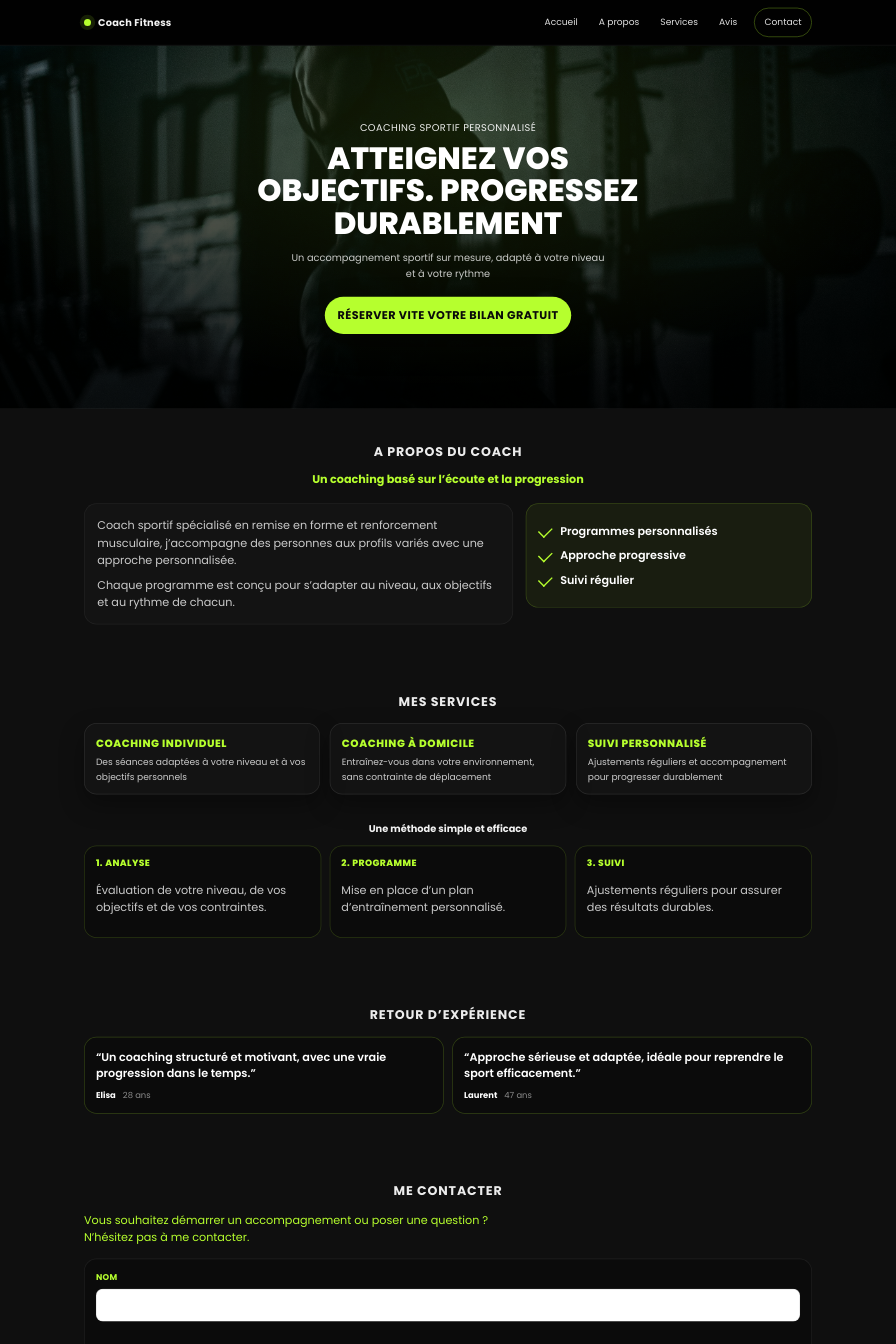
Repository: ThomasHdrd/CoachFitness
Page: index.html
An editor plug-in stored every save of this project. The page is shown before and after the next save, followed by the edit.
The browser window is 1280 px wide. The pictures show the part of the page from y = 0 to 1920 px (the page is 2987 px tall), at 70% of full size.

Above is the page before, as saved 2026-01-20 21:51:20.

### index.html
<!doctype html>
<html lang="fr">
<head>
  <meta charset="utf-8" />
  <meta name="viewport" content="width=device-width, initial-scale=1" />
  <title>Coach Fitness — Landing Page</title>

  <!-- Poppins -->
  <link rel="preconnect" href="https://fonts.googleapis.com">
  <link rel="preconnect" href="https://fonts.gstatic.com" crossorigin>
  <link href="https://fonts.googleapis.com/css2?family=Poppins:wght@300;400;500;600;700;800&display=swap" rel="stylesheet">

  <link rel="stylesheet" href="styles.css" />
</head>
<body>
  <!-- Header -->
  <header class="site-header" id="top">
    <div class="container header-inner">
      <a class="brand" href="#top" aria-label="Retour en haut">
        <span class="brand-dot" aria-hidden="true"></span>
        <span class="brand-text">Coach Fitness</span>
      </a>

      <button class="nav-toggle" aria-controls="site-nav" aria-expanded="false">
        <span class="sr-only">Ouvrir le menu</span>
        <span class="burger" aria-hidden="true"></span>
      </button>

      <nav class="site-nav" id="site-nav" aria-label="Navigation principale">
        <a class="nav-link" href="#accueil">Accueil</a>
        <a class="nav-link" href="#apropos">A propos</a>
        <a class="nav-link" href="#services">Services</a>
        <a class="nav-link" href="#avis">Avis</a>
        <a class="nav-link nav-cta" href="#contact">Contact</a>
      </nav>
    </div>
  </header>

  <main>
    <!-- HERO -->
    <section class="hero" id="accueil">
      <div class="hero-overlay" aria-hidden="true"></div>
      <div class="container hero-content">
        <p class="hero-kicker">Coaching sportif personnalisé</p>
        <h1 class="hero-title" class="accent">Atteignez vos objectifs. Progressez durablement</h1>
        <p class="hero-subtitle">
          Un accompagnement sportif sur mesure, adapté à votre niveau et à votre rythme
        </p>
        <a class="btn btn-primary" href="#contact">RÉSERVER VITE VOTRE BILAN GRATUIT</a>
      </div>
    </section>

    <!-- A PROPOS -->
    <section class="section" id="apropos">
      <div class="container">
        <h2 class="section-title">A PROPOS DU COACH</h2>
        <h3 class="section-lead accent">Un coaching basé sur l’écoute et la progression</h3>

        <div class="about-grid">
          <div class="about-text">
            <p class="muted">
              Coach sportif spécialisé en remise en forme et renforcement musculaire, j’accompagne des personnes aux profils variés
              avec une approche personnalisée.
            </p>
            <p class="muted">
              Chaque programme est conçu pour s’adapter au niveau, aux objectifs et au rythme de chacun.
            </p>
          </div>

          <ul class="checks">
            <li>Programmes personnalisés</li>
            <li>Approche progressive</li>
            <li>Suivi régulier</li>
          </ul>
        </div>
      </div>
    </section>

    <!-- SERVICES -->
    <section class="section" id="services">
      <div class="container">
        <h2 class="section-title">MES SERVICES</h2>

        <div class="cards">
          <article class="card">
            <h3 class="card-title accent">COACHING INDIVIDUEL</h3>
            <p class="card-text">Des séances adaptées à votre niveau et à vos objectifs personnels</p>
          </article>

          <article class="card">
            <h3 class="card-title accent">COACHING À DOMICILE</h3>
            <p class="card-text">Entraînez-vous dans votre environnement, sans contrainte de déplacement</p>
          </article>

          <article class="card">
            <h3 class="card-title accent">SUIVI PERSONNALISÉ</h3>
            <p class="card-text">Ajustements réguliers et accompagnement pour progresser durablement</p>
          </article>
        </div>

        <div class="method">
          <h3 class="method-title">Une méthode simple et efficace</h3>

          <div class="method-steps">
            <div class="step">
              <div class="step-num accent">1. ANALYSE</div>
              <p class="muted">Évaluation de votre niveau, de vos objectifs et de vos contraintes.</p>
            </div>
            <div class="step">
              <div class="step-num accent">2. PROGRAMME</div>
              <p class="muted">Mise en place d’un plan d’entraînement personnalisé.</p>
            </div>
            <div class="step">
              <div class="step-num accent">3. SUIVI</div>
              <p class="muted">Ajustements réguliers pour assurer des résultats durables.</p>
            </div>
          </div>
        </div>
      </div>
    </section>

    <!-- AVIS -->
    <section class="section" id="avis">
      <div class="container">
        <h2 class="section-title">RETOUR D’EXPÉRIENCE</h2>

        <div class="testimonials">
          <figure class="testimonial">
            <blockquote>
              “Un coaching structuré et motivant, avec une vraie progression dans le temps.”
            </blockquote>
            <figcaption>
              <span class="name">Elisa</span>
              <span class="meta">28 ans</span>
            </figcaption>
          </figure>

          <figure class="testimonial">
            <blockquote>
              “Approche sérieuse et adaptée, idéale pour reprendre le sport efficacement.”
            </blockquote>
            <figcaption>
              <span class="name">Laurent</span>
              <span class="meta">47 ans</span>
            </figcaption>
          </figure>
        </div>
      </div>
    </section>

    <!-- CONTACT -->
    <section class="section" id="contact">
      <div class="container">
        <h2 class="section-title">ME CONTACTER</h2>
        <p class="contact-lead accent">
          Vous souhaitez démarrer un accompagnement ou poser une question ?<br />
          N’hésitez pas à me contacter.
        </p>

        <form class="form" id="contactForm" novalidate>
          <div class="field">
            <label for="nom">Nom</label>
            <input id="nom" name="nom" type="text" autocomplete="family-name" required />
            <small class="error" data-error-for="nom"></small>
          </div>

          <div class="field">
            <label for="prenom">Prénom</label>
            <input id="prenom" name="prenom" type="text" autocomplete="given-name" required />
            <small class="error" data-error-for="prenom"></small>
          </div>

          <div class="field">
            <label for="email">Email</label>
            <input id="email" name="email" type="email" autocomplete="email" required />
            <small class="error" data-error-for="email"></small>
          </div>

          <div class="field">
            <label for="message">Message</label>
            <textarea id="message" name="message" rows="5" required></textarea>
            <small class="error" data-error-for="message"></small>
          </div>

          <button class="btn btn-primary btn-wide" type="submit">ENVOYER</button>
          <p class="form-note muted" id="formStatus" role="status" aria-live="polite"></p>
        </form>
      </div>
    </section>

    <!-- FAQ -->
    <section class="section" id="faq">
      <div class="container">
        <h2 class="section-title">QUESTIONS FRÉQUENTES</h2>

        <div class="faq">
          <details class="faq-item" open>
            <summary>À qui s’adresse le coaching ?</summary>
            <div class="faq-body muted">
              Le coaching s’adresse à toute personne souhaitant reprendre le sport, améliorer sa condition physique ou atteindre un objectif précis
              (remise en forme, renforcement musculaire, perte de poids, bien-être). Les programmes sont adaptés au niveau, au rythme et aux contraintes de chacun.
            </div>
          </details>

          <details class="faq-item">
            <summary>Faut-il déjà être sportif pour commencer ?</summary>
            <div class="faq-body muted">
              Non. Le coaching s’adapte à votre niveau actuel. La progression est construite étape par étape, avec une intensité ajustée.
            </div>
          </details>

          <details class="faq-item">
            <summary>Comment se déroule le suivi ?</summary>
            <div class="faq-body muted">
              Après une analyse de votre situation, un programme personnalisé est mis en place puis ajusté régulièrement selon vos retours et votre progression.
            </div>
          </details>

          <details class="faq-item">
            <summary>Le coaching se fait-il à domicile ou en salle ?</summary>
            <div class="faq-body muted">
              Les deux sont possibles. Le format dépend de vos préférences, de votre matériel et de vos contraintes de planning.
            </div>
          </details>

          <details class="faq-item">
            <summary>Le premier échange est-il gratuit ?</summary>
            <div class="faq-body muted">
              Oui. Le premier échange permet de comprendre votre besoin et de déterminer l’accompagnement le plus adapté, sans engagement.
            </div>
          </details>
        </div>
      </div>
    </section>
  </main>

  <!-- Footer -->
  <footer class="site-footer">
    <div class="container footer-inner">
      <p class="footer-tag muted">Coaching personnalisé • Progression durable • Bien-être</p>
      <p class="footer-copy muted">© 2026 Coach Sportif Indépendant • Tous droits réservés.</p>
    </div>
  </footer>

  <script src="app.js" defer></script>
</body>
</html>

### styles.css
:root{
  --bg: #0F0F0F;            /* demandé */
  --bar: rgba(0,0,0,.90);   /* header/footer */
  --accent: #B6FF2E;        /* demandé */
  --text: #FFFFFF;
  --muted: rgba(255,255,255,.78);
  --muted2: rgba(255,255,255,.62);
  --line: rgba(182,255,46,.38);
  --card: rgba(255,255,255,.04);
  --shadow: 0 16px 40px rgba(0,0,0,.45);
  --radius: 14px;
  --radius-lg: 18px;
  --max: 1040px;
}

*{ box-sizing: border-box; }
html{ scroll-behavior: smooth; }
body{
  margin:0;
  font-family: "Poppins", system-ui, -apple-system, Segoe UI, Roboto, Arial, sans-serif;
  background: var(--bg);
  color: var(--text);
}

.container{
  width:min(100% - 40px, var(--max));
  margin-inline:auto;
}

.sr-only{
  position:absolute;
  width:1px;height:1px;
  padding:0;margin:-1px;
  overflow:hidden;clip:rect(0,0,0,0);
  white-space:nowrap;border:0;
}

/* Header */
.site-header{
  position: sticky;
  top: 0;
  z-index: 50;
  background: var(--bar);
  backdrop-filter: blur(8px);
  border-bottom: 1px solid rgba(255,255,255,.06);
}

.header-inner{
  height: 64px;
  display:flex;
  align-items:center;
  justify-content:space-between;
  gap: 14px;
}

.brand{
  display:flex;
  align-items:center;
  gap:10px;
  text-decoration:none;
  color: var(--text);
  font-weight: 700;
  letter-spacing:.3px;
}
.brand-dot{
  width:10px;height:10px;
  border-radius:999px;
  background: var(--accent);
  box-shadow: 0 0 0 6px rgba(182,255,46,.12);
}
.brand-text{ font-size: 14px; opacity:.95; }

.site-nav{
  display:flex;
  align-items:center;
  gap: 18px;
}
.nav-link{
  color: var(--text);
  text-decoration:none;
  font-size: 13px;
  opacity: .88;
  transition: opacity .2s ease, color .2s ease;
  padding: 10px 6px;
}
.nav-link:hover{ opacity:1; color: var(--accent); }

.nav-cta{
  border: 1px solid rgba(182,255,46,.45);
  border-radius: 999px;
  padding: 10px 14px;
}
.nav-cta:hover{
  background: rgba(182,255,46,.10);
}

/* Mobile nav */
.nav-toggle{
  display:none;
  border:0;
  background: transparent;
  color: var(--text);
  padding: 10px;
  border-radius: 10px;
}
.nav-toggle:hover{ background: rgba(255,255,255,.06); }
.burger{
  width: 22px; height: 2px;
  display:block;
  background: var(--text);
  position: relative;
}
.burger::before,.burger::after{
  content:"";
  position:absolute;
  left:0;
  width:22px;height:2px;
  background: var(--text);
}
.burger::before{ top:-7px; }
.burger::after{ top:7px; }

/* Hero */
.hero{
  position: relative;
  min-height: 72vh;
  display:flex;
  align-items:center;
  padding: 52px 0;
  background:
    linear-gradient(180deg, rgba(0,0,0,.55), rgba(0,0,0,.88)),
    url("assets/hero.jpg") center/cover no-repeat;
}
.hero-overlay{
  position:absolute;
  inset:0;
  background: radial-gradient(1200px 600px at 50% 25%, rgba(182,255,46,.10), transparent 60%);
  pointer-events:none;
}
.hero-content{
  position:relative;
  text-align:center;
}
.hero-kicker{
  margin:0 0 10px;
  font-size: 14px;
  letter-spacing: .6px;
  text-transform: uppercase;
  opacity: .92;
}
.hero-title{
  margin: 0 auto;
  max-width: 20ch;
  font-size: clamp(28px, 4vw, 44px);
  line-height: 1.06;
  font-weight: 800;
  text-transform: uppercase;
}
.hero-title .accent{
  display:block;
  color: var(--accent);
  font-weight: 800;
  text-transform:none;
  margin-top: 8px;
}
.hero-subtitle{
  margin: 16px auto 22px;
  max-width: 52ch;
  color: var(--muted);
  font-size: 14px;
  line-height: 1.55;
}

/* Buttons */
.btn{
  display:inline-flex;
  align-items:center;
  justify-content:center;
  gap:10px;
  text-decoration:none;
  border: 0;
  cursor:pointer;
  font-weight: 700;
  letter-spacing: .6px;
  text-transform: uppercase;
  border-radius: 999px;
  padding: 14px 18px;
  box-shadow: var(--shadow);
}
.btn-primary{
  background: var(--accent);
  color: #0A0A0A;
}
.btn-primary:hover{ filter: brightness(.95); }
.btn-wide{ width: 100%; margin-top: 10px; }

/* Sections */
.section{
  padding: 48px 0;
}
.section-title{
  text-align:center;
  margin: 0 0 14px;
  font-size: 18px;
  letter-spacing: 1.2px;
  text-transform: uppercase;
  opacity: .92;
}
.section-lead{
  text-align:center;
  margin: 0 0 22px;
  font-size: 16px;
  font-weight: 700;
}
.accent{ color: var(--accent); }
.muted{ color: var(--muted); }
.muted2{ color: var(--muted2); }

/* About */
.about-grid{
  display:grid;
  gap: 18px;
  align-items:start;
}
.about-text{
  background: rgba(255,255,255,.02);
  border: 1px solid rgba(255,255,255,.06);
  border-radius: var(--radius-lg);
  padding: 18px;
}
.about-text p{ margin: 0 0 10px; }
.about-text p:last-child{ margin-bottom: 0; }

.checks{
  list-style:none;
  margin:0;
  padding: 16px 18px;
  border-radius: var(--radius-lg);
  border: 1px solid rgba(182,255,46,.20);
  background: rgba(182,255,46,.06);
}
.checks li{
  position: relative;
  padding-left: 30px;
  margin: 10px 0;
  font-weight: 600;
}
.checks li::before{
  content:"";
  position:absolute;
  left:0; top: 6px;
  width: 16px; height: 10px;
  border-left: 2px solid var(--accent);
  border-bottom: 2px solid var(--accent);
  transform: rotate(-45deg);
}

/* Cards */
.cards{
  display:grid;
  gap: 14px;
  margin-top: 18px;
}
.card{
  background: rgba(255,255,255,.02);
  border: 1px solid rgba(255,255,255,.10);
  border-radius: var(--radius-lg);
  padding: 16px 16px 14px;
  box-shadow: 0 14px 34px rgba(0,0,0,.35);
}
.card-title{
  margin:0 0 6px;
  font-size: 15px;
  font-weight: 800;
  text-transform: uppercase;
  letter-spacing: .8px;
}
.card-text{
  margin:0;
  color: var(--muted);
  font-size: 13px;
  line-height: 1.55;
}

/* Method */
.method{
  margin-top: 26px;
  padding-top: 12px;
}
.method-title{
  text-align:center;
  margin: 0 0 14px;
  font-size: 14px;
  font-weight: 700;
  opacity: .95;
}
.method-steps{
  display:grid;
  gap: 12px;
}
.step{
  border: 1px solid rgba(182,255,46,.18);
  background: rgba(0,0,0,.25);
  border-radius: var(--radius-lg);
  padding: 14px 16px;
}
.step-num{
  font-weight: 800;
  letter-spacing: .6px;
  text-transform: uppercase;
  font-size: 13px;
  margin-bottom: 6px;
}

/* Testimonials */
.testimonials{
  display:grid;
  gap: 12px;
  margin-top: 18px;
}
.testimonial{
  margin:0;
  border: 1px solid rgba(182,255,46,.22);
  background: rgba(0,0,0,.25);
  border-radius: var(--radius-lg);
  padding: 16px;
}
.testimonial blockquote{
  margin:0 0 10px;
  color: var(--text);
  font-weight: 600;
  line-height: 1.5;
}
.testimonial figcaption{
  display:flex;
  gap: 10px;
  align-items:baseline;
  color: var(--muted2);
  font-size: 12px;
}
.testimonial .name{ color: var(--text); font-weight: 700; }
.testimonial .meta{ opacity:.85; }

/* Form */
.form{
  margin-top: 18px;
  border-radius: var(--radius-lg);
  border: 1px solid rgba(255,255,255,.08);
  background: rgba(0,0,0,.25);
  padding: 16px;
}
.field{ margin-bottom: 12px; }
label{
  display:block;
  font-size: 12px;
  font-weight: 700;
  letter-spacing: .4px;
  margin-bottom: 8px;
  color: var(--accent);
  text-transform: uppercase;
}
input, textarea{
  width:100%;
  font-family: inherit;
  font-size: 14px;
  color: #0A0A0A;
  background: #FFFFFF;
  border: 1px solid rgba(0,0,0,.12);
  border-radius: 10px;
  padding: 12px 12px;
  outline: none;
}
textarea{ resize: vertical; min-height: 110px; }
input:focus, textarea:focus{
  box-shadow: 0 0 0 4px rgba(182,255,46,.20);
  border-color: rgba(182,255,46,.55);
}
.error{
  display:block;
  min-height: 16px;
  margin-top: 6px;
  font-size: 12px;
  color: #FF6B6B;
}
.form-note{
  margin: 10px 0 0;
  font-size: 12px;
}

/* FAQ */
.faq{
  margin-top: 18px;
  border-radius: var(--radius-lg);
  overflow:hidden;
  border: 1px solid rgba(182,255,46,.16);
  background: rgba(0,0,0,.25);
}
.faq-item{
  border-top: 1px solid rgba(182,255,46,.12);
}
.faq-item:first-child{ border-top: 0; }
.faq-item summary{
  list-style:none;
  cursor:pointer;
  padding: 14px 16px;
  font-weight: 700;
  font-size: 13px;
  position: relative;
}
.faq-item summary::-webkit-details-marker{ display:none; }
.faq-item summary::after{
  content:"+";
  position:absolute;
  right: 16px;
  top: 10px;
  width: 28px; height: 28px;
  display:grid;
  place-items:center;
  border-radius: 999px;
  color: var(--accent);
  border: 1px solid rgba(182,255,46,.28);
  background: rgba(182,255,46,.08);
}
.faq-item[open] summary::after{ content:"–"; }
.faq-body{
  padding: 0 16px 16px;
  font-size: 13px;
  line-height: 1.6;
}

/* Footer */
.site-footer{
  background: var(--bar);
  border-top: 1px solid rgba(255,255,255,.06);
  padding: 18px 0;
}
.footer-inner{
  text-align:center;
  display:grid;
  gap: 8px;
}
.footer-tag, .footer-copy{
  margin:0;
  font-size: 12px;
}

/* Responsive */
@media (min-width: 820px){
  .hero-content{ text-align:center; }
  .about-grid{
    grid-template-columns: 1.2fr .8fr;
    gap: 18px;
  }
  .cards{
    grid-template-columns: repeat(3, 1fr);
  }
  .method-steps{
    grid-template-columns: repeat(3, 1fr);
  }
  .testimonials{
    grid-template-columns: repeat(2, 1fr);
  }
}

/* Mobile nav behavior */
@media (max-width: 760px){
  .nav-toggle{ display:inline-flex; }
  .site-nav{
    position: fixed;
    inset: 64px 12px auto 12px;
    background: rgba(0,0,0,.95);
    border: 1px solid rgba(255,255,255,.08);
    border-radius: 16px;
    padding: 12px;
    display:none;
    flex-direction: column;
    gap: 6px;
    box-shadow: 0 18px 50px rgba(0,0,0,.6);
  }
  .site-nav.is-open{ display:flex; }
  .nav-link{ width:100%; text-align:center; padding: 12px; }
  .nav-cta{ width:100%; }
}

### app.js
// Mobile menu toggle
const toggle = document.querySelector('.nav-toggle');
const nav = document.querySelector('#site-nav');

if (toggle && nav) {
  toggle.addEventListener('click', () => {
    const isOpen = nav.classList.toggle('is-open');
    toggle.setAttribute('aria-expanded', String(isOpen));
  });

  // Close menu on link click (mobile)
  nav.querySelectorAll('a').forEach(a => {
    a.addEventListener('click', () => {
      nav.classList.remove('is-open');
      toggle.setAttribute('aria-expanded', 'false');
    });
  });

  // Close on ESC
  document.addEventListener('keydown', (e) => {
    if (e.key === 'Escape') {
      nav.classList.remove('is-open');
      toggle.setAttribute('aria-expanded', 'false');
    }
  });
}

// FAQ: allow only one open at a time (optional premium behavior)
const faqItems = document.querySelectorAll('.faq-item');
faqItems.forEach((item) => {
  item.addEventListener('toggle', () => {
    if (item.open) {
      faqItems.forEach((other) => {
        if (other !== item) other.open = false;
      });
    }
  });
});

// Contact form validation (front only, demo)
const form = document.getElementById('contactForm');
const statusEl = document.getElementById('formStatus');

function setError(name, message) {
  const el = document.querySelector(`[data-error-for="${name}"]`);
  if (el) el.textContent = message || '';
}

function isEmail(v) {
  return /^[^\s@]+@[^\s@]+\.[^\s@]+$/.test(v);
}

if (form) {
  form.addEventListener('submit', (e) => {
    e.preventDefault();

    const data = new FormData(form);
    const nom = String(data.get('nom') || '').trim();
    const prenom = String(data.get('prenom') || '').trim();
    const email = String(data.get('email') || '').trim();
    const message = String(data.get('message') || '').trim();

    let ok = true;

    setError('nom', '');
    setError('prenom', '');
    setError('email', '');
    setError('message', '');
    if (statusEl) statusEl.textContent = '';

    if (!nom) { setError('nom', 'Veuillez renseigner votre nom.'); ok = false; }
    if (!prenom) { setError('prenom', 'Veuillez renseigner votre prénom.'); ok = false; }
    if (!email || !isEmail(email)) { setError('email', 'Veuillez renseigner un email valide.'); ok = false; }
    if (!message || message.length < 10) { setError('message', 'Veuillez écrire un message (min. 10 caractères).'); ok = false; }

    if (!ok) return;

    // Demo success
    form.reset();
    if (statusEl) statusEl.textContent = "Message envoyé (démo). Je reviens vers vous au plus vite.";
  });
}

After the next save:
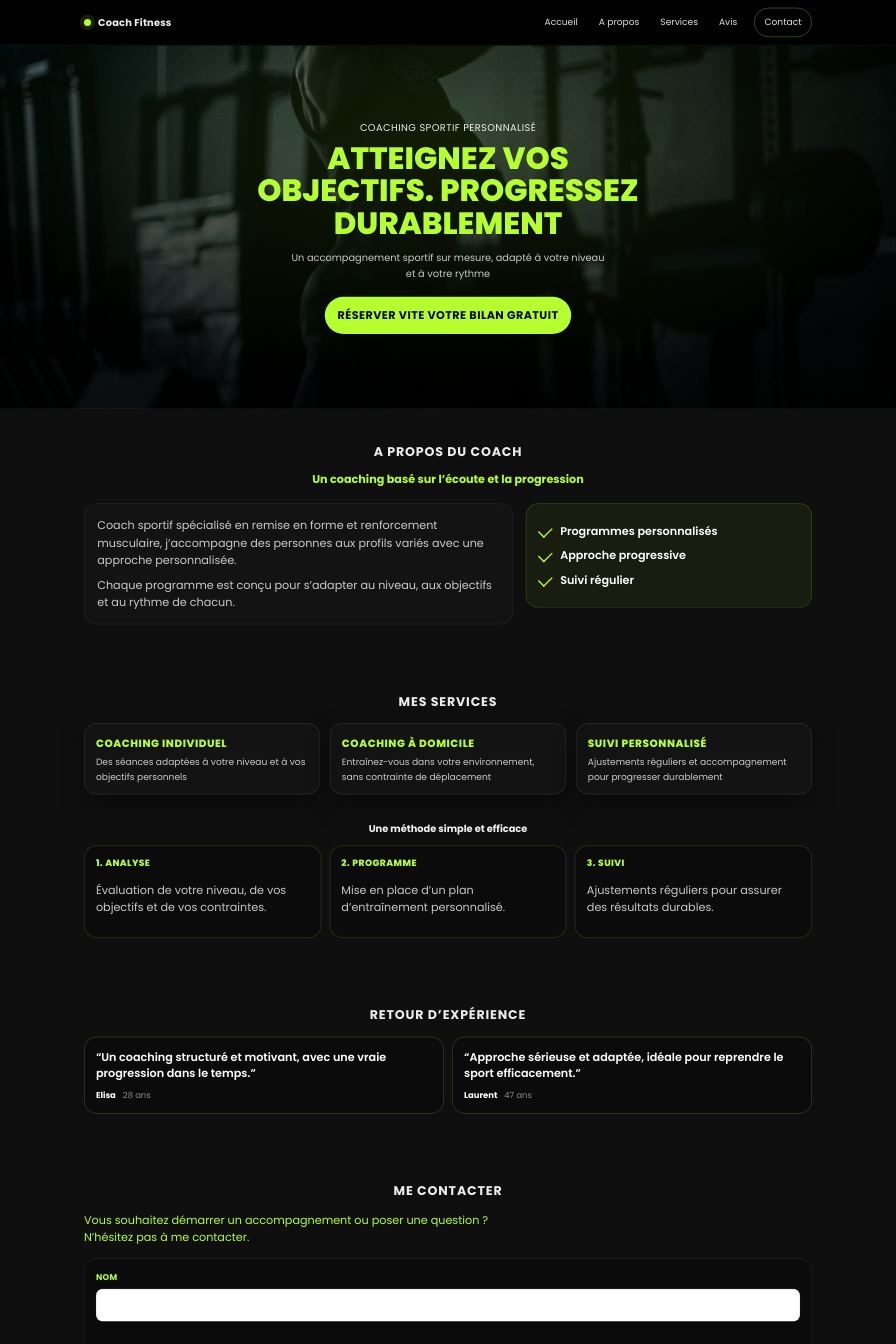
Saved 5 s later.
--- a/index.html
+++ b/index.html
@@ -42,7 +42,7 @@
       <div class="hero-overlay" aria-hidden="true"></div>
       <div class="container hero-content">
         <p class="hero-kicker">Coaching sportif personnalisé</p>
-        <h1 class="hero-title" class="accent">Atteignez vos objectifs. Progressez durablement</h1>
+        <h1 class="hero-title accent">Atteignez vos objectifs. Progressez durablement</h1>
         <p class="hero-subtitle">
           Un accompagnement sportif sur mesure, adapté à votre niveau et à votre rythme
         </p>
